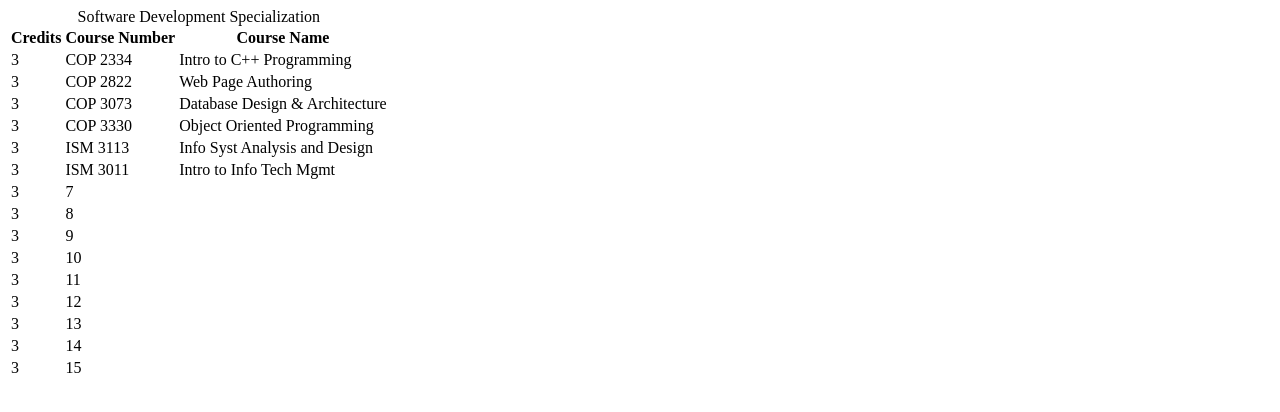
Repository: mlmEFSC21/P3-DegreeSpecializationTable
Page: index.html
An editor plug-in stored every save of this project. The page is shown before and after the next save, followed by the edit.
The browser window is 1280 px wide. The pictures show the whole page.

Above is the page before, as saved 2022-01-30 20:37:35.

### index.html
<!DOCTYPE html>
<html lang="en">
    <head>
        <meta charset="UTF-8" />
        <meta http-equiv="X-UA-Compatible" content="IE=edge" />
        <meta name="viewport" content="width=device-width, initial-scale=1.0" />
        <title>Degree Specialization Table</title>
    </head>
    <body>
        <table>
            <caption class="tableTitle">
                Software Development Specialization
            </caption>
            <tr class="colTitles">
                <th>Credits</th>
                <th>Course Number</th>
                <th>Course Name</th>
            </tr>
            <tr>
                <td>3</td>
                <td>COP 2334</td>
                <td>Intro to C++ Programming</td>
            </tr>
            <tr>
                <td>3</td>
                <td>COP 2822</td>
                <td>Web Page Authoring</td>
            </tr>
            <tr>
                <td>3</td>
                <td>COP 3073</td>
                <td>Database Design & Architecture</td>
            </tr>
            <tr>
                <td>3</td>
                <td>COP 3330</td>
                <td>Object Oriented Programming</td>
            </tr>
            <tr>
                <td>3</td>
                <td>ISM 3113</td>
                <td>Info Syst Analysis and Design</td>
            </tr>
            <tr>
                <td>3</td>
                <td>ISM 3011</td>
                <td>Intro to Info Tech Mgmt</td>
            </tr>
            <tr>
                <td>3</td>
                <td>7</td>
                <td></td>
            </tr>
            <tr>
                <td>3</td>
                <td>8</td>
                <td></td>
            </tr>
            <tr>
                <td>3</td>
                <td>9</td>
                <td></td>
            </tr>
            <tr>
                <td>3</td>
                <td>10</td>
                <td></td>
            </tr>
            <tr>
                <td>3</td>
                <td>11</td>
                <td></td>
            </tr>
            <tr>
                <td>3</td>
                <td>12</td>
                <td></td>
            </tr>
            <tr>
                <td>3</td>
                <td>13</td>
                <td></td>
            </tr>
            <tr>
                <td>3</td>
                <td>14</td>
                <td></td>
            </tr>
            <tr>
                <td>3</td>
                <td>15</td>
                <td></td>
            </tr>
        </table>
    </body>
</html>

After the next save:
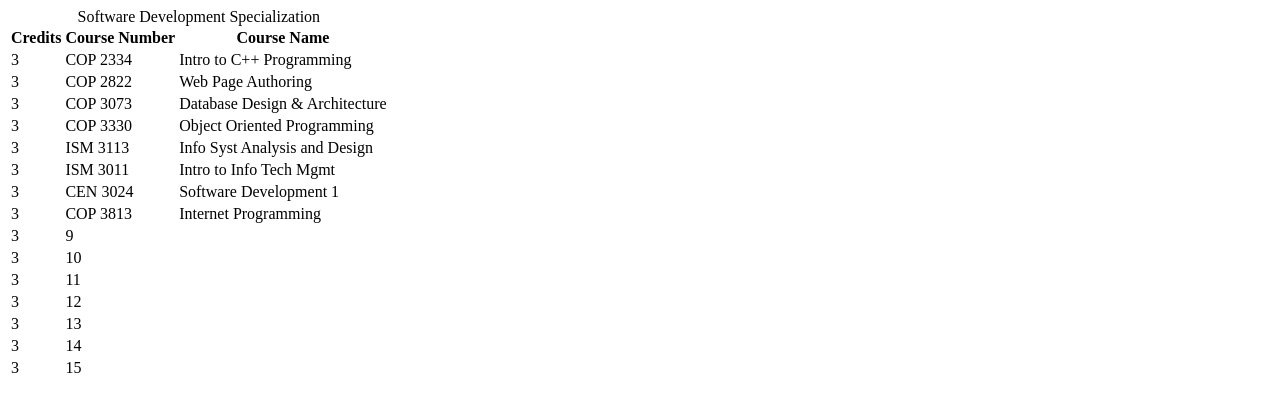
Saved 56 s later.
--- a/index.html
+++ b/index.html
@@ -48,13 +48,13 @@
             </tr>
             <tr>
                 <td>3</td>
-                <td>7</td>
-                <td></td>
+                <td>CEN 3024</td>
+                <td>Software Development 1</td>
             </tr>
             <tr>
                 <td>3</td>
-                <td>8</td>
-                <td></td>
+                <td>COP 3813</td>
+                <td>Internet Programming</td>
             </tr>
             <tr>
                 <td>3</td>
